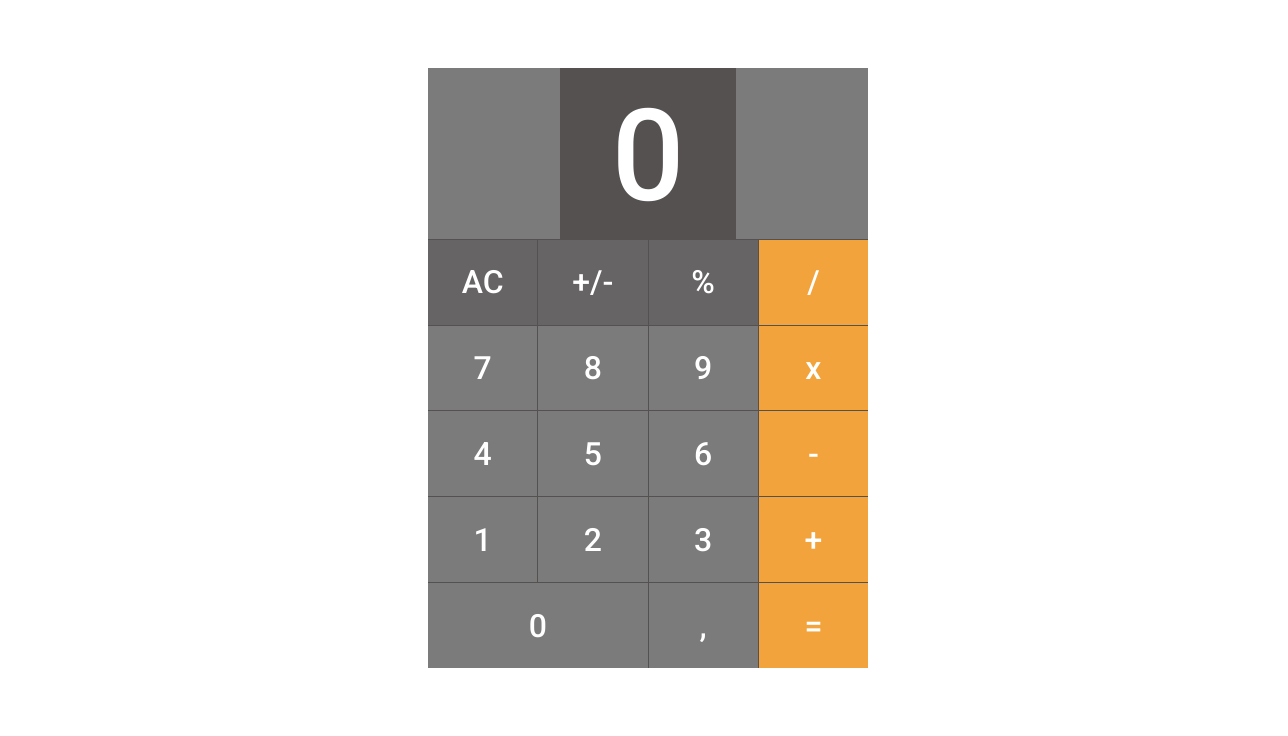
Repository: maciekto/calculatorOOP
Page: index.html
The author's editor kept a copy of each file at every save. The page is drawn from the files as they stood at one save, then again after the next save.
The browser window is 1280 px wide. The page is 1288 px wide, so the pictures cover 1288 px, including what lies to the right of the window. The pictures show the whole page.

Above is the page before, as saved 2022-07-08 16:58:47.

### index.html
<!DOCTYPE html>
<html lang="en">
<head>
    <meta charset="UTF-8">
    <meta http-equiv="X-UA-Compatible" content="IE=edge">
    <meta name="viewport" content="width=device-width, initial-scale=1.0">
    <title>Document</title>
    <link rel="stylesheet" href="css.css">


</head>
<body>
    <main>
        <div class="Calc">
            <div class="Calc__result">
                <div class="Calc__result__inner">
                    0
                </div>
            </div>

            <div class="Calc__reset">
                AC
            </div>
            <div class="Calc__opposite">
                +/-
            </div>
            <div class="Calc__percentages">
                %
            </div>
            <div class="Calc__divide">
                /
            </div>

            <div class="Calc__7">7</div>
            <div class="Calc__8">8</div>
            <div class="Calc__9">9</div>
            <div class="Calc__multiply">
                x
            </div>

            <div class="Calc__4">4</div>
            <div class="Calc__5">5</div>
            <div class="Calc__6">6</div>
            <div class="Calc__substraction">
                -
            </div>

            <div class="Calc__1">1</div>
            <div class="Calc__2">2</div>
            <div class="Calc__3">3</div>
            <div class="Calc__addition">
                +
            </div>

            <div class="Calc__0">0</div>
            <div class="Calc__comma">,</div>
            <div class="Calc__isequal">
                =
            </div>

        </div>
    </main>

    <script src="js.js"></script>
</body>
</html>

### css.css
@import url('https://fonts.googleapis.com/css2?family=Roboto:wght@400;500;700&display=swap');

* {
    font-family: 'Roboto', sans-serif;
    font-weight: 500;
    box-sizing: border-box;
}

main {
    width: 100vw;
    height: 100vh;
    display: grid;
    place-items: center;
}

.Calc {
    max-width: 440px;
    width: 55vw;
    height: 80vw;
    max-height: 600px;
    background: #545150;
    color: white;
    display: grid;
    grid-template-columns: repeat(4, 1fr);
    grid-template-rows: repeat(7, 1fr);
    grid-template-areas:
    "result result result result"
    "result result result result"
    "reset opposite percentages divide"
    "seven eight nine multiply"
    "four five six substraction"
    "one two three addition"
    "zero zero comma isequal"
    ;
    grid-gap: 1px;
    font-size: 4vw;
}
.Calc div {
    display: grid;
    place-items: center;
    background: #7b7b7c;
    cursor: pointer;
}
.Calc__result {
    grid-area: result;
}
.Calc__result__inner {
    padding: 1vw 4vw;
    font-size: 10vw;
    text-size-adjust: 10%;

    background: #545150 !important;
    place-items: end end !important;
}
.Calc__reset {
    background: #666464 !important;
}
.Calc__opposite {
    background: #666464 !important;
}
.Calc__percentages {
    background: #666464 !important;
}
.Calc__divide {
    background: #f2a33c !important;
}
.Calc__multiply {
    background: #f2a33c !important;
}
.Calc__substraction {
    background: #f2a33c !important;
}
.Calc__addition {
    background: #f2a33c !important;
}
.Calc__isequal {
    background: #f2a33c !important;
}


.Calc__0 {
    grid-area: zero;
}

@media (min-width: 800px) {
    .Calc {
        font-size: 32px;
    }
    .Calc__result {
        font-size: 80px;
    }
}

### js.js

// Zaznaczanie klasy
function Class(nazwa) {
    return document.querySelector(`.${nazwa}`);
}


const result = Class('Calc__result');
const x = Class('Calc__multiply');


let result_number;

const l0 = Class('Calc__0');
const l1 = Class('Calc__1');
const l2 = Class('Calc__2');
const l3 = Class('Calc__3');
const l4 = Class('Calc__4');
const l5 = Class('Calc__5');
const l6 = Class('Calc__6');
const l7 = Class('Calc__7');
const l8 = Class('Calc__8');
const l9 = Class('Calc__9');
const lcomma = Class('Calc__comma');

var liczby = [l0, l1, l2, l3, l4, l5, l6, l7, l8, l9, lcomma, x];

liczby.forEach(element => {
    element.addEventListener('click', () => numberClicked(element));
});

function numberClicked(number) {
    console.log(number.innerHTML)
    if(number.innerHTML === 'x') {

    }else {
        if(result.innerHTML === '0') {
            result.innerHTML = number.innerHTML;
        } else {
            const OLDresult = result.innerHTML;
            result.innerHTML = OLDresult + number.innerHTML;
        }
    }


}

console.log(l1)



























































// inputy liczb
// inputy orange
// input procent
// input odwrotność
// input reset

// 1. po klinięciu liczba jest zapisywana jako aktywna, jeżeli jest dodana następna liczba jest dodawana do pierwszej w stringu

// 2. Po kliniuęciu jakiegoś przycisku z orange jest dodawana flaga co będzie z tą liczbą robione

// 3. Wprowadzenie następnej liczby

// 4. Wynik


// 5. Resetowanie liczby jako resetowanie zmiennej przechowującej wyrażenie

After the next save:
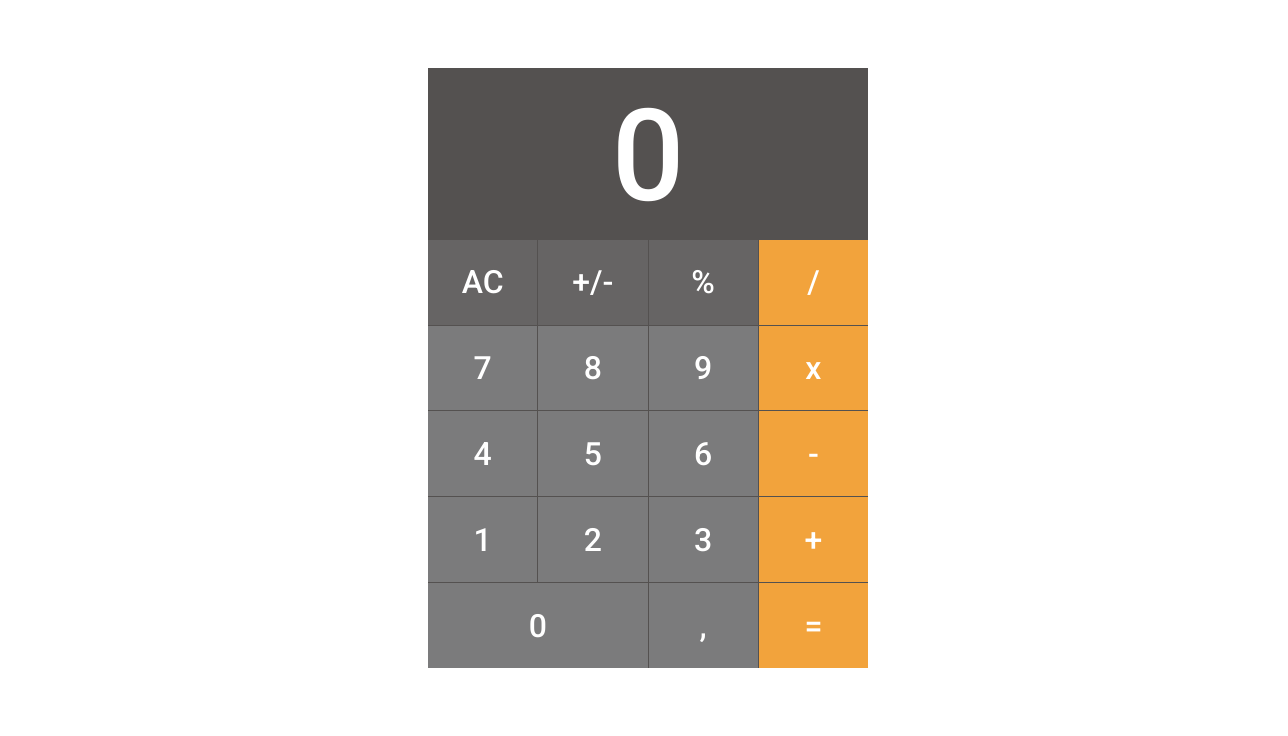
Saved 8 s later.
--- a/css.css
+++ b/css.css
@@ -43,6 +43,7 @@ main {
 }
 .Calc__result {
     grid-area: result;
+    background: #545150 !important;
 }
 .Calc__result__inner {
     padding: 1vw 4vw;
